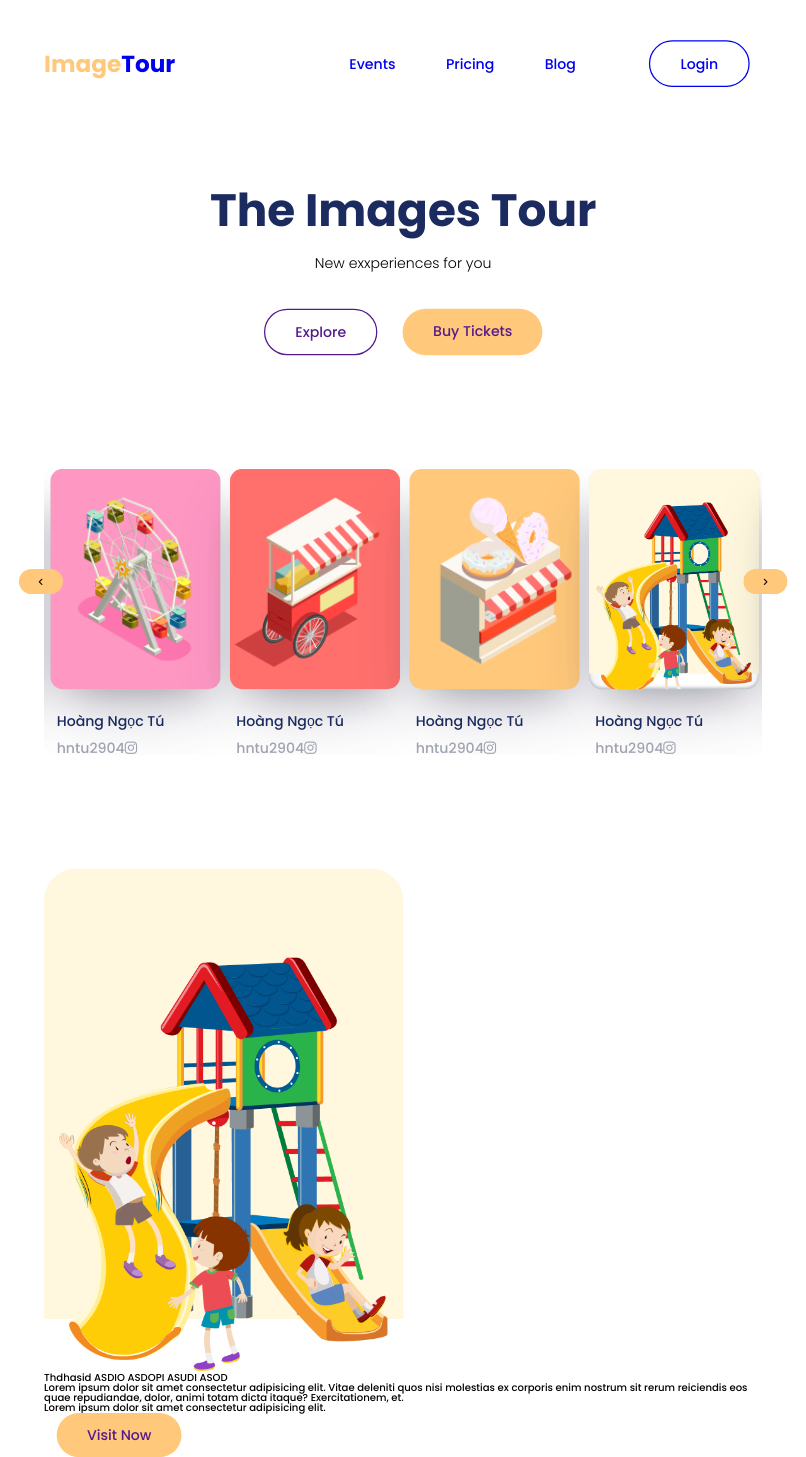
Repository: lausamtuong/Cut-psd-to-html
Page: index.html
An editor plug-in stored every save of this project. The page is shown before and after a run of saves, followed by the edit.
The browser window is 1280 px wide. The pictures show the whole page, at 63% of full size.
Some web libraries are served in a nearby version. The style sheet was rebuilt from its Sass, Less or Tailwind sources for each picture, by a compiler version that may differ from the author's.

Above is the page before, as saved 2021-12-07 08:31:42.

After the next 4 saves:
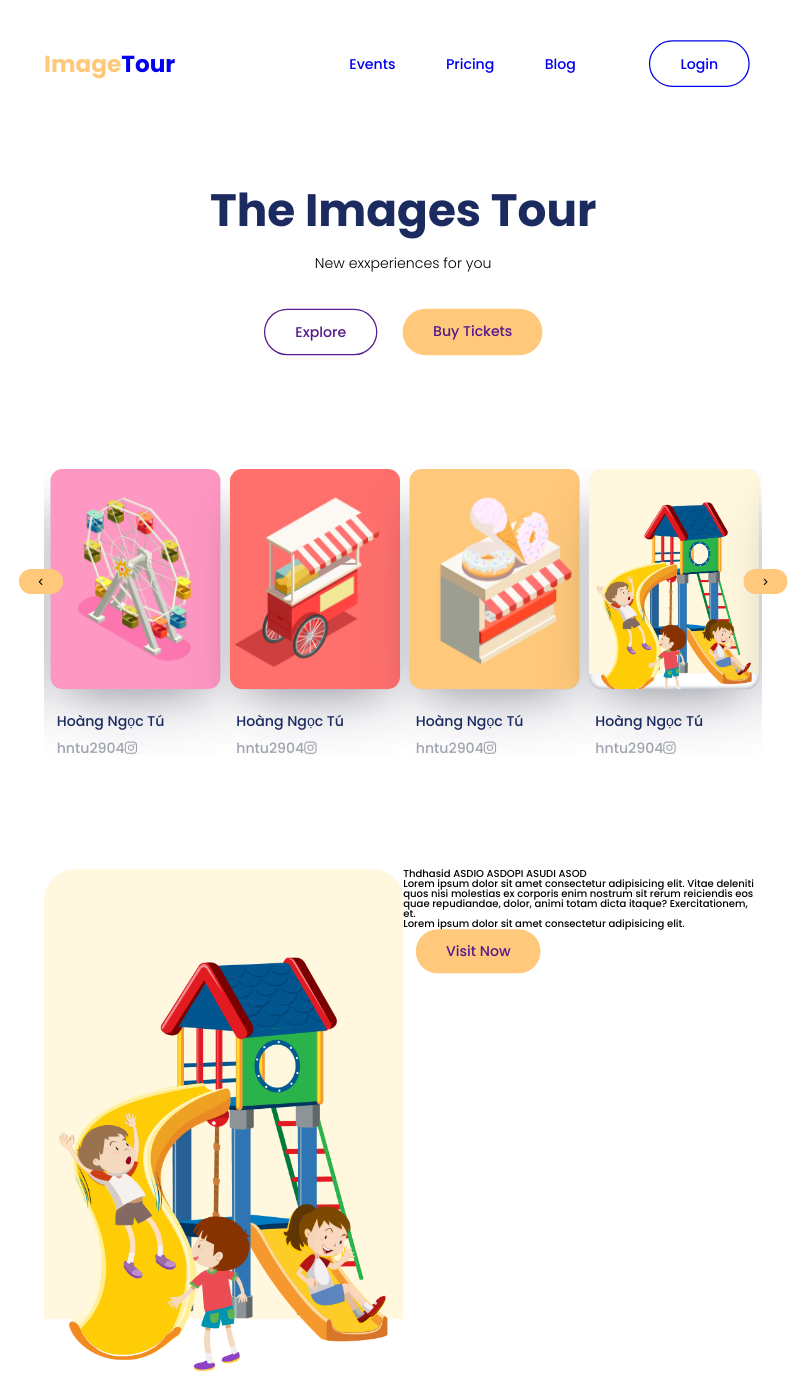
The 4 saves are shown as one change because 1 did not build or start and some came seconds apart.
The last was saved 43 s later.
--- a/style.scss
+++ b/style.scss
@@ -140,4 +140,7 @@
 }
 .fearture{
     padding-top:180px;
+    &__item{
+        display: flex;
+    }
 }
